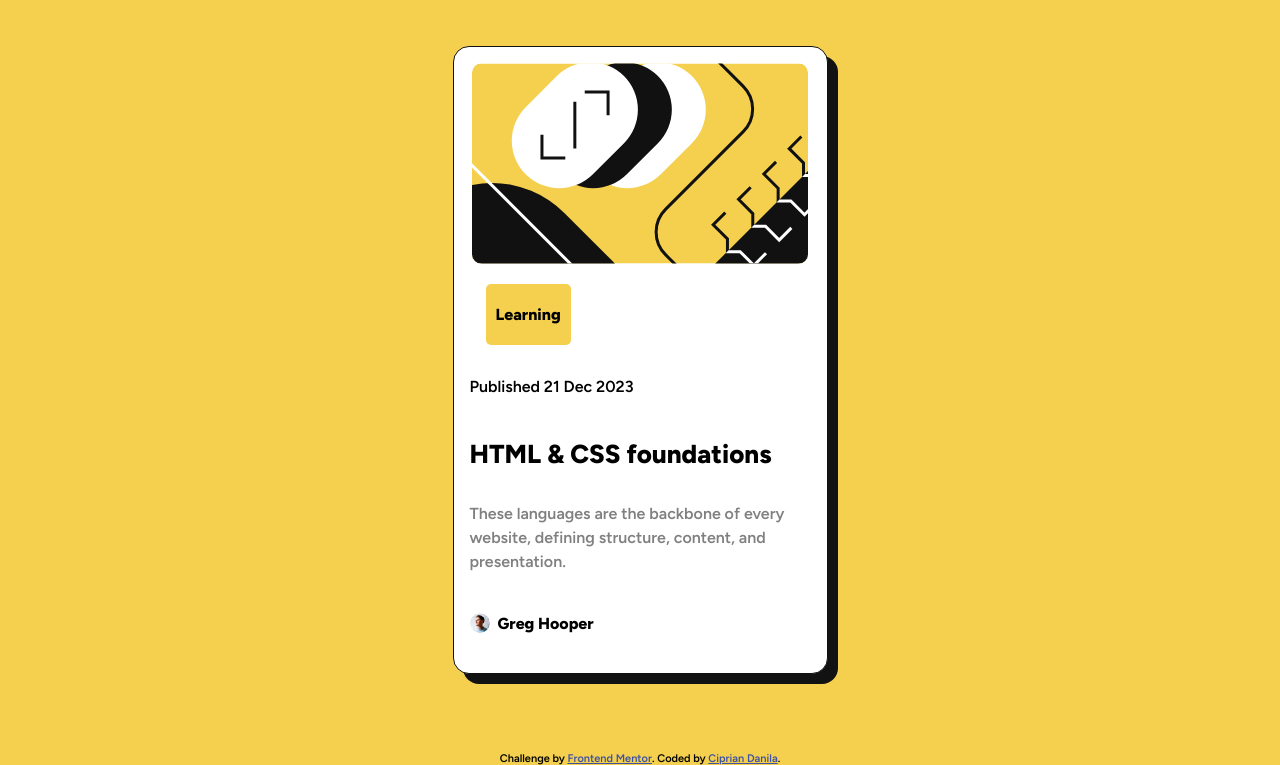
Repository: cipdanila/blog-preview-card
Page: index.html
The author's editor kept a copy of each file at every save. The page is drawn from the files as they stood at one save, then again after the next save.
The browser window is 1280 px wide. The pictures show the whole page.

Above is the page before, as saved 2024-01-28 14:55:15.

### index.html
<!DOCTYPE html>
<html lang="en">
<head>
  <meta charset="UTF-8">
  <meta name="viewport" content="width=device-width, initial-scale=1.0"> <!-- displays site properly based on user's device -->

  <link rel="icon" type="image/png" sizes="32x32" href="./assets/images/favicon-32x32.png">
  <link rel="stylesheet" href="style.css">
  <title>Frontend Mentor | Blog preview card</title>

</head>
<body>
  <main>
    <div class="card">
      <div class="image-card">
        <img src="./assets/images/illustration-article.svg" alt="illustration article">
      </div>
      <div class="text-card">
        <div class="learning">
          <p>Learning</p>
        </div>
        <div class="publish">
          <p>Published 21 Dec 2023</p>
        </div>
        <div class="title">
          <h1>HTML & CSS foundations</h1>
        </div>
        <div class="info">
          <p>
            These languages are the backbone of every website, defining structure, content, and presentation.
          </p>
        </div>
        <div class="avatar">
          <img src="./assets/images/image-avatar.webp" alt="avatar">
          <p>Greg Hooper</p>
        </div>
      </div>
    </div>
  </main>

  <footer>
    <div class="attribution">
        Challenge by
        <a
            href="https://www.frontendmentor.io/challenges/blog-preview-card-ckPaj01IcS"
            target="_blank"
            rel="noopener noreferer"
            >Frontend Mentor</a
        >. Coded by <a href="https://github.com/cipdanila" target="_blank" rel="noopener noreferer">Ciprian Danila</a>.
    </div>
</footer>
</body>
</html>

### style.css
@import url("https://fonts.googleapis.com/css2?family=Figtree:wght@600;800&display=swap");

:root {
    /* Colors */
    /* Primary */
    --yellow: hsl(47, 88%, 63%);

    /* Neutral */
    --white: hsl(0, 0%, 100%);
    --grey: hsl(0, 0%, 50%);
    --black: hsl(0, 0%, 7%);
}

* {
    box-sizing: border-box;
}

body,
html {
    margin: 0;
    padding: 0;
    height: 100%;
    font-family: "Figtree", sans-serif;
    font-size: 1rem;
    font-weight: 600;
    background-color: var(--yellow);
}

main {
    display: flex;
    justify-content: center;
    align-items: center;
    height: 100%;
}

.card {
    max-width: 375px;
    border-radius: 1rem;
    border: 1px solid var(--black);
    box-shadow: 10px 10px var(--black);
    background-color: var(--white);
    display: flex;
    flex-direction: column;
    justify-content: center;
    align-items: center;
    padding: 1rem;
}

.image-card {
    text-align: center;
}

img {
    max-width: 100%;
    height: auto;
    border-radius: 0.625rem;
}

.text-card {
    /* text-align: left; */
    display: flex;
    flex-direction: column;
    align-self: start;
}

.learning {
    width: fit-content;
    background-color: var(--yellow);
    margin: 1rem;
    padding: 5px 10px;
    border-radius: 5px;
    font-weight: 800;
}

.publish,
.title,
.info,
.avatar {
    margin-bottom: 0.5rem;
}

.title h1 {
    font-weight: 800;
    font-size: 1.625rem;
    margin-bottom: 0.5rem;
}

.info p {
    color: var(--grey);
    line-height: 1.5;
    font-weight: 100;
}

.avatar {
    display: flex;
    align-items: center;
}

.avatar img {
    width: 20px;
    height: auto;
    border-radius: 50%;
    margin-right: 0.5rem;
}

.avatar p {
    font-weight: 800;
}

footer {
    margin-top: 2rem;
}

.attribution {
    font-size: 11px;
    text-align: center;
}
.attribution a {
    color: hsl(228, 45%, 44%);
}

After the next save:
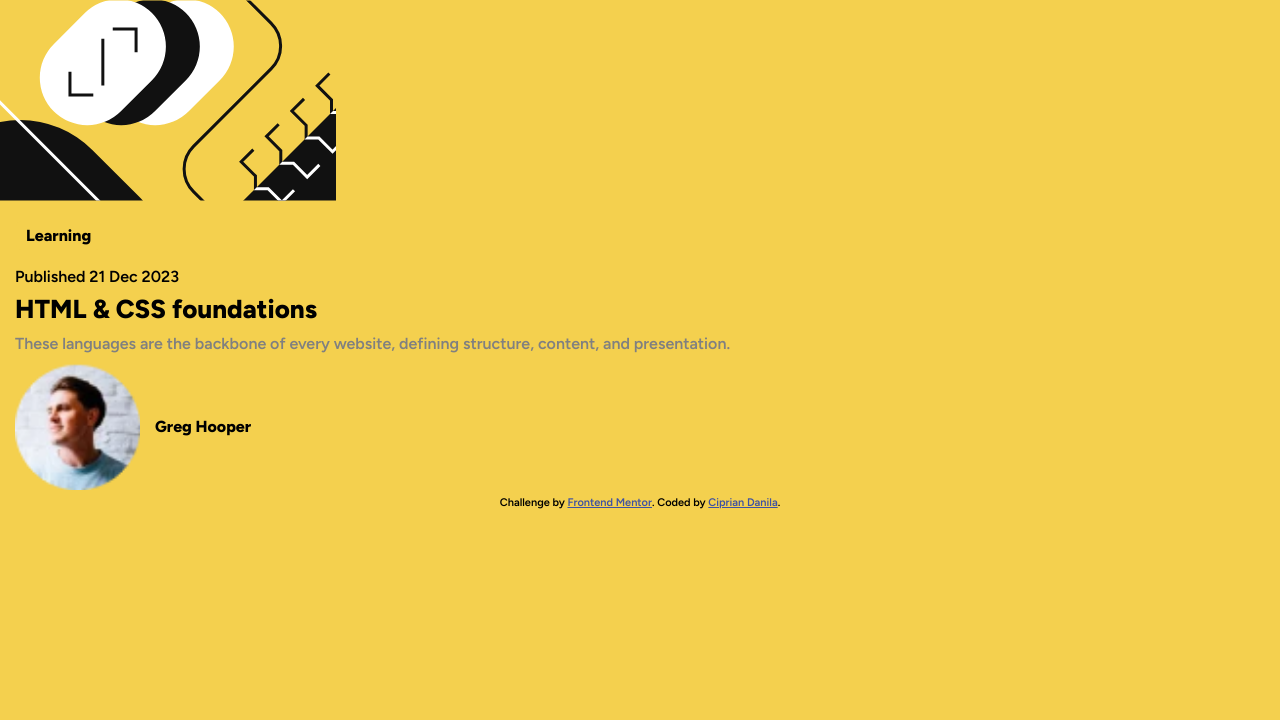
Saved 4 min 28 s later.
--- a/style.css
+++ b/style.css
@@ -1,4 +1,4 @@
-@import url("https://fonts.googleapis.com/css2?family=Figtree:wght@600;800&display=swap");
+@import url('https://fonts.googleapis.com/css2?family=Figtree:wght@600;800&display=swap');
 
 :root {
     /* Colors */
@@ -12,52 +12,39 @@
 }
 
 * {
+    margin: 0;
+    padding: 0;
     box-sizing: border-box;
 }
 
-body,
-html {
-    margin: 0;
-    padding: 0;
-    height: 100%;
-    font-family: "Figtree", sans-serif;
-    font-size: 1rem;
+body {
+    display: flex;
+    flex-direction: column;
+    font-family: 'Figtree', sans-serif;
+    font-size: 16px;
     font-weight: 600;
     background-color: var(--yellow);
 }
 
-main {
-    display: flex;
-    justify-content: center;
-    align-items: center;
-    height: 100%;
-}
-
-.card {
-    max-width: 375px;
+.container {
+    max-width: 400px;
+    margin: 4rem auto;
+    padding: 1.25rem 0.625rem;
     border-radius: 1rem;
     border: 1px solid var(--black);
     box-shadow: 10px 10px var(--black);
-    background-color: var(--white);
     display: flex;
     flex-direction: column;
     justify-content: center;
     align-items: center;
-    padding: 1rem;
+    background-color: var(--white);
 }
 
-.image-card {
-    text-align: center;
-}
-
-img {
-    max-width: 100%;
-    height: auto;
+.image img {
     border-radius: 0.625rem;
 }
 
-.text-card {
-    /* text-align: left; */
+.general {
     display: flex;
     flex-direction: column;
     align-self: start;
@@ -72,17 +59,15 @@
     font-weight: 800;
 }
 
-.publish,
-.title,
-.info,
-.avatar {
-    margin-bottom: 0.5rem;
+.publish, .title, .info {
+    width: auto;
+    margin: 5px;
+    padding: 1px 10px;
 }
 
 .title h1 {
     font-weight: 800;
     font-size: 1.625rem;
-    margin-bottom: 0.5rem;
 }
 
 .info p {
@@ -92,23 +77,22 @@
 }
 
 .avatar {
+    width: auto;
     display: flex;
     align-items: center;
+    margin: 5px;
+    padding: 1px 10px;
 }
 
 .avatar img {
-    width: 20px;
-    height: auto;
-    border-radius: 50%;
-    margin-right: 0.5rem;
+    width: 10%;
 }
 
 .avatar p {
+    display: inline-block;
+    margin: 5px;
+    padding: 1px 10px;
     font-weight: 800;
-}
-
-footer {
-    margin-top: 2rem;
 }
 
 .attribution {
